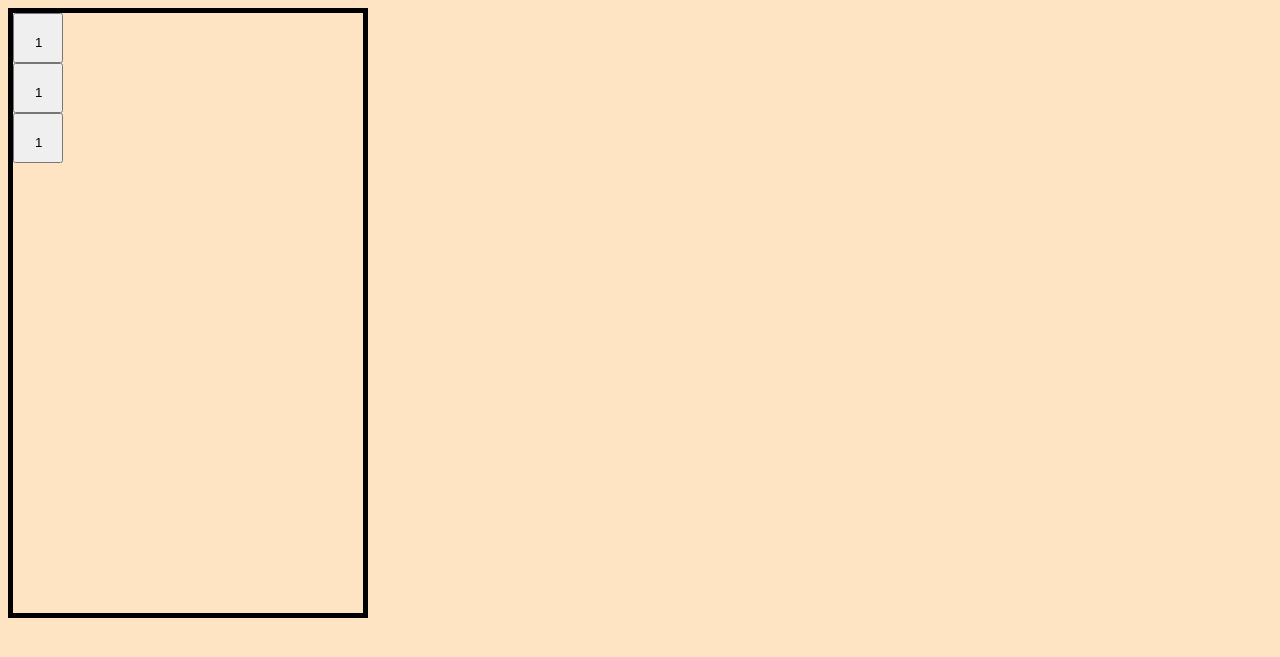
Repository: noahcallen/LAB-calculator
Page: index.html
The author's editor kept a copy of each file at every save. The page is drawn from the files as they stood at one save, then again after the next save.
The browser window is 1280 px wide. The pictures show the whole page.

Above is the page before, as saved 2024-07-10 18:50:33.

### index.html
<!DOCTYPE html>
<html lang="en">
<head>
  <meta charset="UTF-8">
  <meta name="viewport" content="width=device-width, initial-scale=1.0">
  <title>Document</title>
  <link rel="stylesheet" href="main.css">
  <meta name="viewport" content="width=device-width, initial-scale=1">
</head>
<body>
  <div class="container">
    <div class="row-3">
      <div class="col-4">
        <button type="button" class="btn btn-primary">1</button>
      </div>
      <div class="col-4">
        <button type="button" class="btn btn-primary">1</button>
      </div>
      <div class="col-4">
        <button type="button" class="btn btn-primary">1</button>
      </div>
      <!-- <div class="col">
        <button type="button" class="btn btn-primary">1</button>
      </div>
      <div class="col">
        <button type="button" class="btn btn-primary">1</button>
      </div>
      <div class="col">
        <button type="button" class="btn btn-primary">1</button>
      </div>
      <div class="col">
        <button type="button" class="btn btn-primary">1</button>
      </div>
      <div class="col">
        <button type="button" class="btn btn-primary">1</button>
      </div>
      <div class="col">
        <button type="button" class="btn btn-primary">1</button>
      </div>
      <div class="col">
        <button type="button" class="btn btn-primary">1</button>
      </div>
      <div class="col">
        <button type="button" class="btn btn-primary">1</button>
      </div>
      <div class="col">
        <button type="button" class="btn btn-primary">1</button>
      </div>
      <div class="col">
        <button type="button" class="btn btn-primary">1</button>
      </div>
      <div class="col">
        <button type="button" class="btn btn-primary">1</button>
      </div>
      <div class="col">
        <button type="button" class="btn btn-primary">1</button>
      </div>
      <div class="col">
        <button type="button" class="btn btn-primary">1</button>
      </div>
      <div class="col">
        <button type="button" class="btn btn-primary">1</button>
      </div>
      <div class="col">
        <button type="button" class="btn btn-primary">1</button>
      </div>
      <div class="col">
        <button type="button" class="btn btn-primary">1</button>
      </div> -->
  </div>

  </div>



  <script src="main.js"></script>
  <!-- import js bootstrap -->
  <script src="https://cdn.jsdelivr.net/npm/bootstrap@5.3.3/dist/js/bootstrap.bundle.min.js" integrity="sha384-YvpcrYf0tY3lHB60NNkmXc5s9fDVZLESaAA55NDzOxhy9GkcIdslK1eN7N6jIeHz" crossorigin="anonymous"></script>
</body>
</html>

### main.css
body {
  background-color: bisque;
}

.container {
  /* display: flex;
  justify-content: center; */
  border: solid 5px black;
  height: 600px;
  width: 350px;
}

.btn-primary {
  display: flex;
  flex-wrap: wrap;
  height: 50px;
  width: 50px;
  padding: 20px;
}

.row {
  display: flex;
  flex-wrap: wrap;
}

Loaded but not shown: main.js (no stored copy; drawn as an empty file)

After the next save:
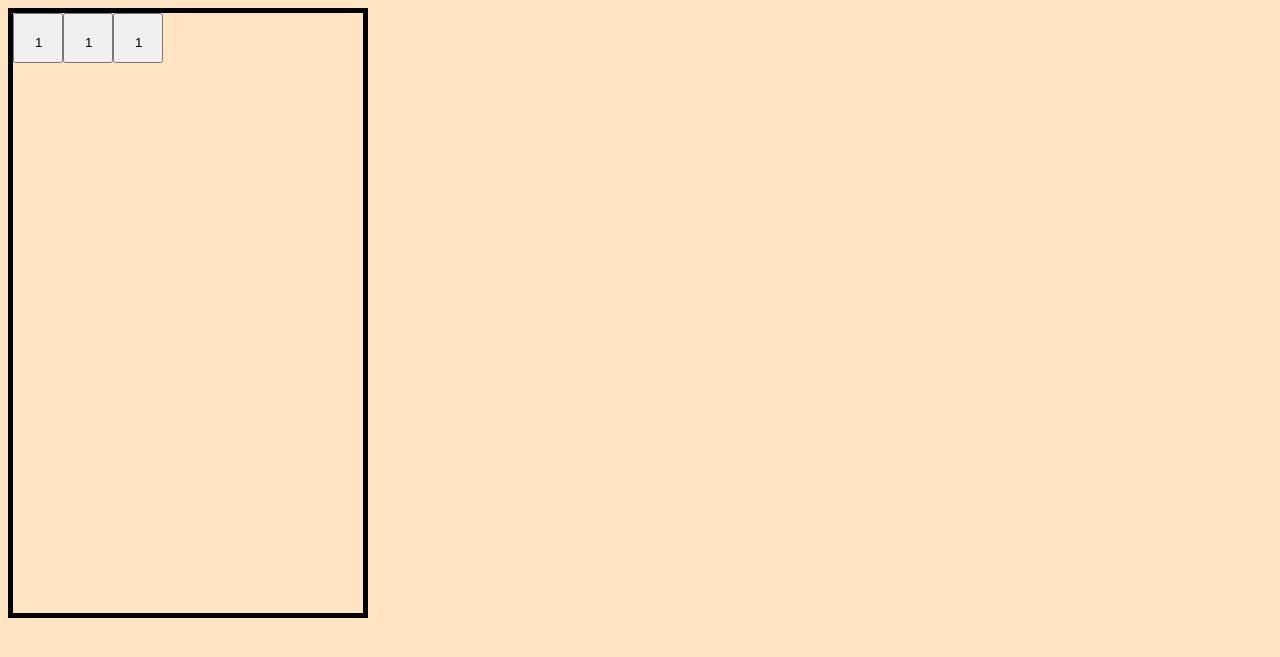
Saved 11 s later.
--- a/index.html
+++ b/index.html
@@ -9,14 +9,14 @@
 </head>
 <body>
   <div class="container">
-    <div class="row-3">
-      <div class="col-4">
+    <div class="row">
+      <div class="col">
         <button type="button" class="btn btn-primary">1</button>
       </div>
-      <div class="col-4">
+      <div class="col">
         <button type="button" class="btn btn-primary">1</button>
       </div>
-      <div class="col-4">
+      <div class="col">
         <button type="button" class="btn btn-primary">1</button>
       </div>
       <!-- <div class="col">
